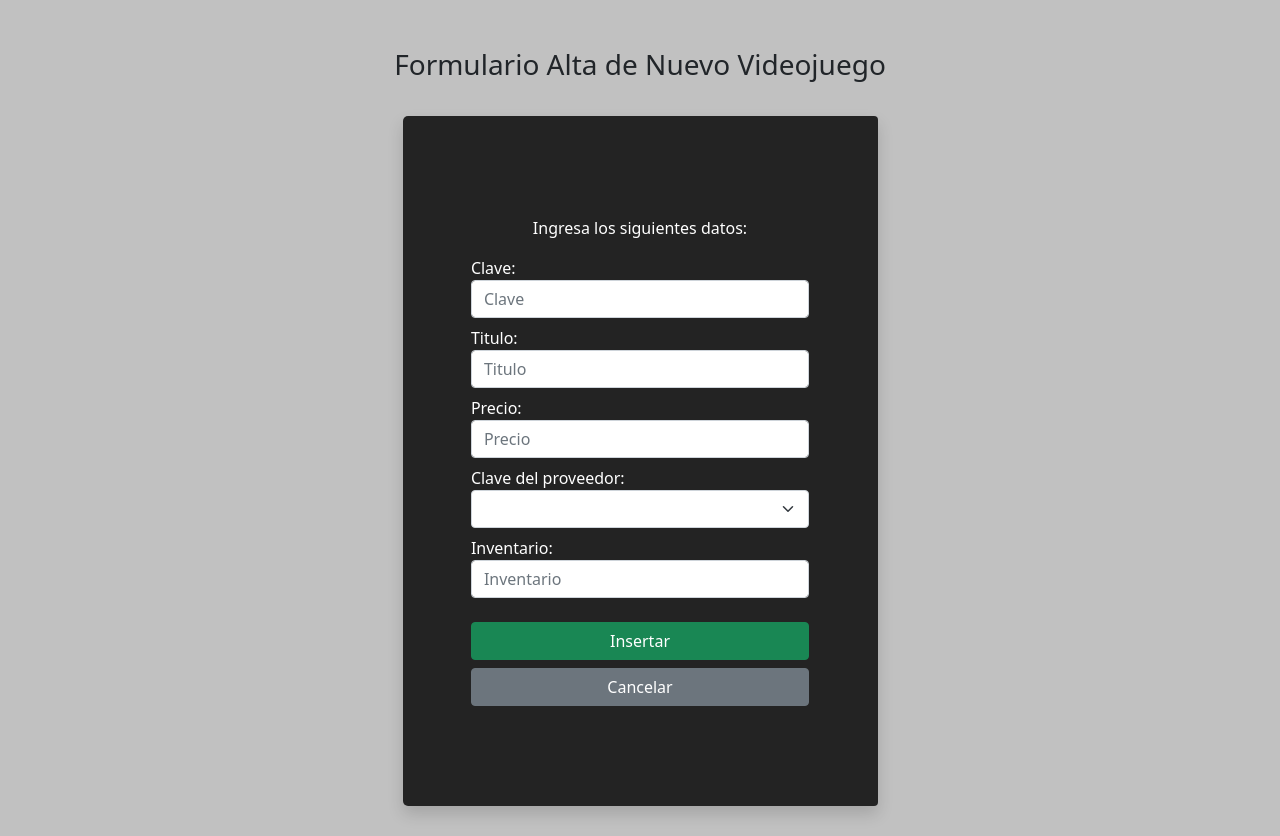
Repository: Jatziri16/JavaEE
Page: http://localhost/TiendaVideojuegos/FormularioInsertarVideojuego.jsp
These files come from the project's save history. The page is drawn as it stood at one moment and after the next save; the edit follows.
The browser window is 1280 px wide. The pictures show the whole page.
The page is served by Tomcat 9. Other server files are loaded and not shown. Queries for data that is not in the repository find no rows.

Above is the page before, as saved 2023-12-07 17:46:32.

### TiendaVideojuegos/src/main/webapp/FormularioInsertarVideojuego.jsp
<?xml version="1.0" encoding="UTF-8"?>
<!DOCTYPE HTML PUBLIC "-//W3C//DTD HTML 4.01//EN" "http://www.w3.org/TR/html4/strict.dtd">
<html = lang "es">
	<head>
		<meta charset="UTF-8">
		<title>Formulario Alta Videojuego</title>
		<link rel=stylesheet href="css/style.css" type="text/css">
		<!-- Bootstrap -->
	 	<link href="https://cdn.jsdelivr.net/npm/bootstrap@5.1.3/dist/css/bootstrap.min.css" rel="stylesheet" integrity="sha384-1BmE4kWBq78iYhFldvKuhfTAU6auU8tT94WrHftjDbrCEXSU1oBoqyl2QvZ6jIW3" crossorigin="anonymous">
		<script type="text/javascript" src="js/validaciones_vid.js"></script>
	</head>
	<body style='background-color: rgba(50, 50, 50, 0.3);'>
		<!-- IMPORTS -->
		<%@ page import="mx.com.cursodia.javaEE2022.Beans.Videojuego"%>
		<%@ page import="mx.com.cursodia.javaEE2022.Beans.Proveedor"%>
		<%@ page import="java.util.List"%>
		<%@ page import="java.util.Objects" %>

		<div id="fondo">
			<h3 class="text-center mt-5 mb-1">Formulario Alta de Nuevo Videojuego</h3>
			<div class="container rounded-3 contenedor">
				<div class="row align-items-stretch justify-content-center">
					<div class="login-container col-7 col-sm-6 col-md-5 col-xl-5 rounded-end shadow">
						<p class="text-center">Ingresa los siguientes datos:</p>

						<div class="centrar">
						<%
							String clave = request.getParameter("CVE");
							System.out.println("Form Insertar Videojuego clave?= "+clave);
							if(Objects.isNull(clave))
							{%>
								<!-- FORM -->
								<form class="w-75">
									<label for="clave">Clave:</label>
									<input class="form-control mb-2" type="text" placeholder="Clave" name="cve" id="clave">

									<label for="titulo">Titulo:</label>
									<input class="form-control mb-2" type="text" placeholder="Titulo" name="titulo" id="titulo">

									<label for="precio">Precio:</label>
									<input class="form-control mb-2" type="text" placeholder="Precio" name="precio" id="precio">

									<!-- <label for="cveprov">Clave del proveedor:</label>
									<input class="form-control mb-2" type="text" placeholder="Clave del proveedor" name="cveprov" id="cveprov"> -->
									Clave del proveedor:
									<select name="Proveedor" class="form-select mb-2" name="cveprov" id="cveprov">
										<option value="" disabled>Selecciona un proveedor</option>
										<%
											List<Proveedor> listaProveedores = Proveedor.getProveedores();
											for(Proveedor p:listaProveedores)
											{%>
											<option value="<%=p.getCve_prov()%>"><%=p.getCve_prov()%> - <%=p.getNom_prov()%></option>
											<%}
										%>
									</select>

									<label for="inventario">Inventario:</label>
									<input class="form-control mb-4" type="text" placeholder="Inventario" name="inventario" id="inventario">

									<button class="btn btn-success w-100 mb-2" onclick="validarForms()" type="button">Insertar</button>
									<a class="btn btn-secondary w-100" href="MostrarVideojuegos.jsp" role="button">Cancelar</a>
								</form>
								<%}
							else
							{
								int cve = Integer.parseInt(clave);
								System.out.println("La clave es: "+cve);
								Videojuego v = Videojuego.getVideojuego(cve);
								System.out.println(v.toString());
								%>

								<!-- FORM -->
								<form class="w-75">
									<label for="clave">Clave:</label>
									<input class="form-control mb-2" value="<%=v.getCve_vid()%>" type="text" placeholder="Clave" name="cve" id="clave">

									<label for="titulo">Titulo:</label>
									<input class="form-control mb-2" value="<%=v.getTit_vid()%>" type="text" placeholder="Titulo" name="titulo" id="titulo">

									<label for="precio">Precio:</label>
									<input class="form-control mb-2" value="<%=v.getPre_vid()%>" type="text" placeholder="Precio" name="precio" id="precio">

									<label for="cveprov">Clave del proveedor:</label>
									<select class="form-select" id="cveprov" name="cveprov" value="<%=v.getCveprov_vid()%>">
										<%
										List<Proveedor> listaProveedores = Proveedor.getProveedores();
										for(Proveedor p:listaProveedores)
										{
											if(v.getCveprov_vid() == p.getCve_prov())
											{%>
												<option selected value="<%=p.getCve_prov()%>"><%=p.getCve_prov()%> - <%=p.getNom_prov()%></option>
											<%}
											else
											{%>
												<option value="<%=p.getCve_prov()%>"><%=p.getCve_prov()%> - <%=p.getNom_prov()%></option>
											<%}
										}%>
									</select>

									<label for="inventario">Inventario:</label>
									<input class="form-control mb-4" value="<%=v.getInv_vid()%>" type="text" placeholder="Inventario" name="inventario" id="inventario">

									<button class="btn btn-success w-100 mb-2" onclick="validarForms()" type="button">Actualizar</button>
									<a class="btn btn-secondary w-100" href="MostrarVideojuegos.jsp" role="button">Cancelar</a>
								</form>
							<%}%>
						</div>
					</div>
				</div>
			</div>
		</div>
	</body>
</html>

### TiendaVideojuegos/src/main/java/mx/com/cursodia/javaEE2022/Beans/Proveedor.java
package mx.com.cursodia.javaEE2022.Beans;

import java.sql.ResultSet;
import java.sql.SQLException;
import java.util.List;

import mx.com.cursodia.javaEE2022.DataBaseH.DataBaseHelper;

public class Proveedor {
	private int cve_prov;
	private String nom_prov;
	private String email_prov;
	private String tel_prov;

	public Proveedor() {}

	public Proveedor(int cve_prov, String nom_prov, String email_prov, String tel_prov)
	{
		this.cve_prov = cve_prov;
		this.nom_prov = nom_prov;
		this.email_prov = email_prov;
		this.tel_prov = tel_prov;
	}

	public String getNom_prov()
	{
		return nom_prov;
	}
	public void setNom_prov(String nom_prov)
	{
		this.nom_prov = nom_prov;
	}
	public String getEmail_prov()
	{
		return email_prov;
	}
	public void setEmail_prov(String email_prov)
	{
		this.email_prov = email_prov;
	}
	public String getTel_prov()
	{
		return tel_prov;
	}
	public void setTel_prov(String tel_prov)
	{
		this.tel_prov = tel_prov;
	}
	public int getCve_prov()
	{
		return cve_prov;
	}

	public static Proveedor getProveedor(int cve) throws SQLException
	{
		String query = "SELECT * FROM proveedores WHERE cve_prov="+cve;
		DataBaseHelper dbh = new DataBaseHelper();
		List<Proveedor> lista =  dbh.executeQueryProv(query);
		return lista.get(0);
	}
	public static List<Proveedor> getProveedores() throws SQLException
	{
		String query = "SELECT * FROM proveedores";
		DataBaseHelper dbh = new DataBaseHelper();
		return dbh.executeQueryProv(query);
	}
}

### TiendaVideojuegos/src/main/java/mx/com/cursodia/javaEE2022/DataBaseH/DataBaseHelper.java
package mx.com.cursodia.javaEE2022.DataBaseH;

import java.sql.Connection;
import java.sql.DriverManager;
import java.sql.ResultSet;
import java.sql.SQLException;
import java.sql.Statement;
import java.util.ArrayList;
import java.util.List;

import mx.com.cursodia.javaEE2022.Beans.Proveedor;
import mx.com.cursodia.javaEE2022.Beans.Videojuego;

public class DataBaseHelper {

	private static final String DRIVER = "com.mysql.cj.jdbc.Driver";
	private static final String URL = "jdbc:mysql://localhost/gamers";
	private static final String USUARIO = "root";
	private static final String CLAVE = "";
	Connection con = null;
	Statement stm = null;

	public Connection getCon() {
		return con;
	}
	public Statement getStm() {
		return stm;
	}

	public int modificarVideojuego(String query) throws SQLException
	{

		int filas = 0;

		try {
			Class.forName(DRIVER);
			con = DriverManager.getConnection(URL, USUARIO, CLAVE); //DB, User, PSW
			stm = con.createStatement();
			filas = stm.executeUpdate(query);
		}
		catch (ClassNotFoundException e)
		{
			System.out.println("Error al cargar el driver" +e.getMessage());
		}
		catch(SQLException e)
		{
			System.out.println("Error accediendo a la DB "+e.getMessage());
		}
		finally
		{
			if(stm != null) stm.close();
			if(con != null) con.close();
		}
		return filas;
	}

	public List<Videojuego> executeQueryVid(String query) throws SQLException
	{
		Connection con = null;
		Statement stm = null;
		ResultSet rs = null;
		List<Videojuego> lista = new ArrayList<Videojuego>();
		try {
			Class.forName(DRIVER);
			con = DriverManager.getConnection(URL, USUARIO, CLAVE); //DB, User, PSW
			stm = con.createStatement();
			rs = stm.executeQuery(query);
			while(rs.next())
			{
				lista.add(new Videojuego(rs.getInt("cve_vid"),rs.getString("tit_vid"),
						rs.getFloat("pre_vid"),rs.getInt("cveprov_vid"),rs.getInt("inv_vid")));
			}
		}
		catch (ClassNotFoundException e)
		{
			System.out.println("Error al cargar el driver" +e.getMessage());
		}
		catch(SQLException e)
		{
			System.out.println("Error accediendo a la DB "+e.getMessage());
		}
		finally
		{
			if(stm != null) stm.close();
			if(con != null) con.close();
			/* Si cerramos aqui el ResultSet, no podrán acceder a los datos cuando lo enviemos*/
			if(rs != null) rs.close();
		}
		return lista;
	}
	public List<Proveedor> executeQueryProv(String query) throws SQLException
	{
		Connection con = null;
		Statement stm = null;
		ResultSet rs = null;
		List<Proveedor> lista = new ArrayList<Proveedor>();
		try {
			Class.forName(DRIVER);
			con = DriverManager.getConnection(URL, USUARIO, CLAVE); //DB, User, PSW
			stm = con.createStatement();
			rs = stm.executeQuery(query);
			while(rs.next())
			{
				lista.add(new Proveedor(rs.getInt("cve_prov"),rs.getString("nom_prov"),
						rs.getString("email_prov"),rs.getString("tel_prov")));
			}
		}
		catch (ClassNotFoundException e)
		{
			System.out.println("Error al cargar el driver" +e.getMessage());
		}
		catch(SQLException e)
		{
			System.out.println("Error accediendo a la DB "+e.getMessage());
		}
		finally
		{
			if(stm != null) stm.close();
			if(con != null) con.close();
			/* Si cerramos aqui el ResultSet, no podrán acceder a los datos cuando lo enviemos*/
			if(rs != null) rs.close();
		}
		return lista;
	}
}

### TiendaVideojuegos/src/main/webapp/css/style.css
body
{
	background-color: gray;
}
h1
{
	text-align: center;
}
.contenedor {
    padding: 30px 0;
}

.centrar
{
display: flex;
  justify-content: center;
    /* margin: 0 auto; */
}
.centrar-2
{
	margin: 0 auto;
}
.invalido {
	margin-top: 5px;
    font-size: 80%;
}

.login-container {
    /* background-image: linear-gradient(rgba(0, 0, 0, 0.5), rgba(0, 0, 0, 0.5)), url(../../../../assets/imgs/login-bg.png); */
    background-size: cover;
    background-color: rgba(20, 20, 20, 0.908);
	border-radius: 5px;
    padding: 100px 50px;
    color: white;
}
.warning-container
{
	background-size: cover;
    background-color: red;
	border-radius: 5px;
    padding: 30px 50px;
    color: white;
}
.button {
  background-color: transparent; /* Green */
  border: none;
  padding: 5px 0;
  width: 100%;
  text-align: center;
  text-decoration: none;
  display: inline-block;
  font-size: 16px;
  margin: 4px 2px;
  transition-duration: 0.4s;
  cursor: pointer;
  border-radius: 8px;
}

.btn-insertar {
  color: white;
  border: 2px solid #4CAF50;
}
.btn-actualizar {
  color: white;
  border: 2px solid #db752d;
}
.btn-cancelar {
  color: white;
  border: 2px solid #474747;
}

.btn-insertar:hover {
  background-color: #4CAF50;
  color: white;
}
.btn-actualizar:hover {
  background-color: #db752d;
  color: white;
}
.btn-cancelar:hover {
  background-color: #474747;
  color: white;
}

/*input {
	border: 1px solid red;
}*/

### TiendaVideojuegos/src/main/webapp/js/validaciones_vid.js
function validarForms()
{
	console.log("ENTRO A validarForms()")
	let clave = document.getElementById("clave").value;
	let titulo = document.getElementById("titulo").value;
	let precio = document.getElementById("precio").value;
	let cveprov = document.getElementById("cveprov").value;
	let inv = document.getElementById("inventario").value;

	if(clave == "" || titulo == "" || precio == "" || cveprov == "" || inv == "") {
		setWarnsMsj();
	}
	else
	{
		alert("clave = "+clave+"\ntitulo = "+titulo+"\nprecio = "+precio+"\ncveprov = "+cveprov+"\ninv = "+inv)
		document.forms[0].action = "InsertarVideojuego.jsp?clave="+clave+"&titulo="+titulo+"&precio="+precio+"&cveprov="+cveprov+"&inventario="+inv;
		document.forms[0].method = "post";
		document.forms[0].submit();
		alert("Videojuego insertado");
	}
}

function setWarnsMsj()
{
    alert("Todos los campos son obligatorios")
}

After the next save:
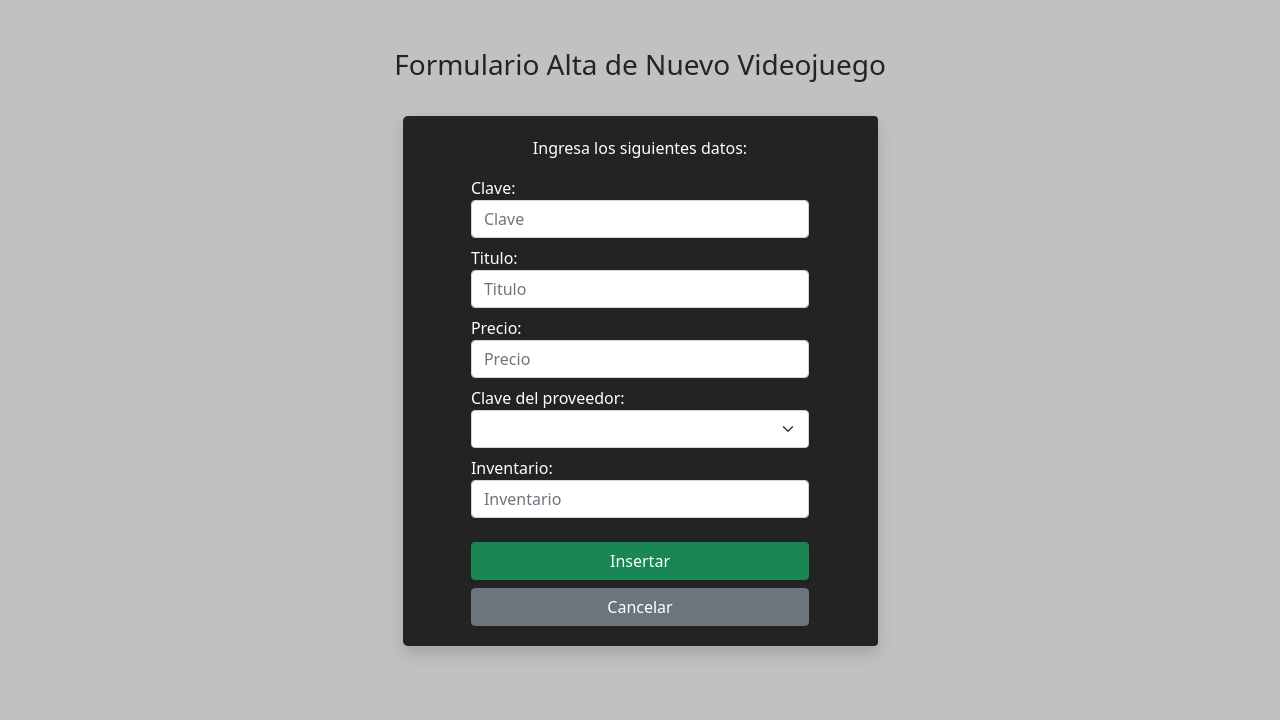
Saved 2 min 19 s later.
--- a/TiendaVideojuegos/src/main/webapp/css/style.css
+++ b/TiendaVideojuegos/src/main/webapp/css/style.css
@@ -30,7 +30,7 @@ display: flex;
     background-size: cover;
     background-color: rgba(20, 20, 20, 0.908);
 	border-radius: 5px;
-    padding: 100px 50px;
+    padding: 20px 50px;
     color: white;
 }
 .warning-container
